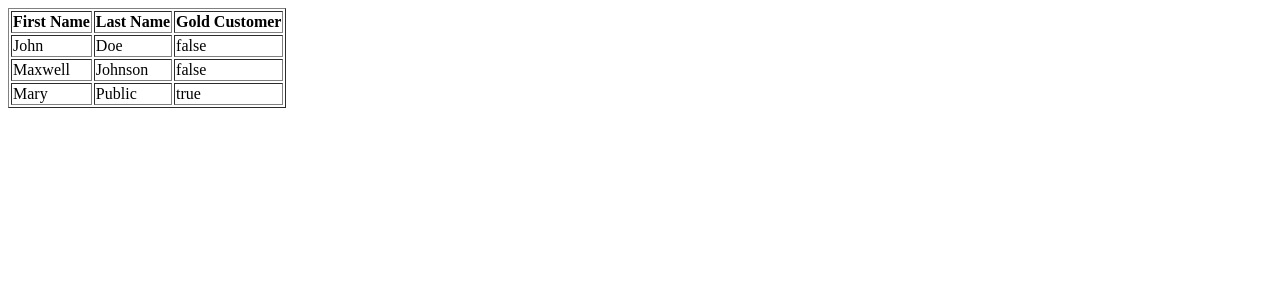
Repository: linhphan98/JavaDatabase
Page: http://localhost/JSTLtagDemo/if-Student.jsp
An editor plug-in stored every save of this project. The page is shown before and after the next save, followed by the edit.
The browser window is 1280 px wide. The pictures show the whole page.
The page is served by Tomcat 9.

Above is the page before, as saved 2020-01-14 19:07:34.

After the next save:
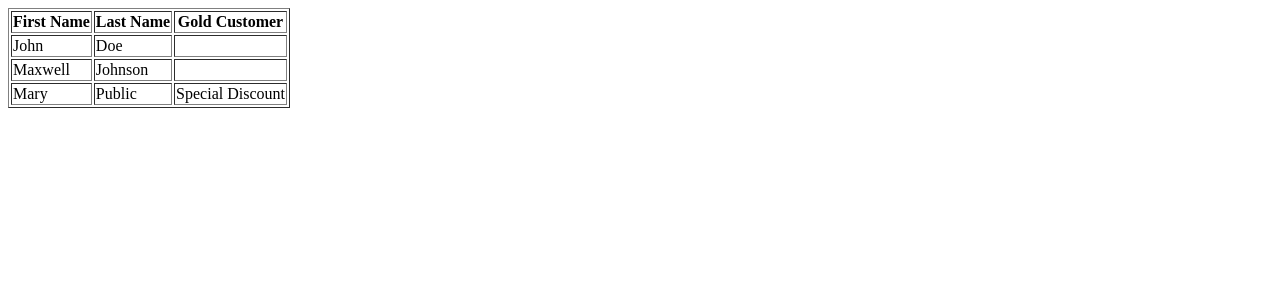
Saved 40 s later.
--- a/JSTLtagDemo/WebContent/if-Student.jsp
+++ b/JSTLtagDemo/WebContent/if-Student.jsp
@@ -27,7 +27,12 @@
 			<tr>
 				<td> ${tempStudent.firstName} </td>
 				<td> ${tempStudent.lastName} </td>
-				<td> ${tempStudent.goldCustomer} </td>
+
+				<td>
+					<c:if test="${tempStudent.goldCustomer}">
+						Special Discount
+					</c:if>
+				</td>
 			</tr>
 
 		</c:forEach>
